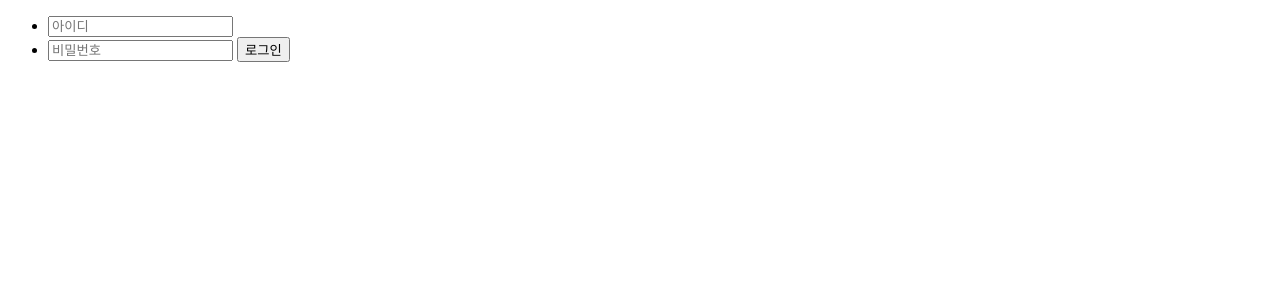
Repository: HEOGEUNJU/JSP
Page: http://localhost/WebStudy01/src/main/webapps/login/loginForm.jsp
An editor plug-in stored every save of this project. The page is shown before and after the next save, followed by the edit.
The browser window is 1280 px wide. The pictures show the whole page.
The page is served by Tomcat 9. Other server files are loaded and not shown.

Above is the page before, as saved 2022-12-22 06:55:49.

### WebStudy01/src/main/webapps/login/loginForm.jsp
<%@ page language="java" contentType="text/html; charset=UTF-8"
    pageEncoding="UTF-8"%>
<%@ taglib uri="http://java.sun.com/jsp/jstl/core" prefix="c"%>
<!DOCTYPE html>
<html>
<head>
<meta charset="UTF-8">
<title>Insert title here</title>
<c:if test="${not empty message }">
	<script type="text/javascript">
		alert("${message}")
	</script>
	<c:remove var="message" scope="session"/>
</c:if>
</head>
<body>
   <form method="post" action='<c:url value ='/login/loginProcess.do'/>'>
      <ul>
         <li>
   	        <input type="text" name="memId" placeholder="아이디" value = "${validId }"/>
   	        <c:remove var="validId" scope="session"/>
         </li>
         <li>
            <input type="text" name="memPass" placeholder="비밀번호"/>
            <input type="submit" value="로그인"/>
         </li>
      </ul>
   </form>
</body>

</html>

After the next save:
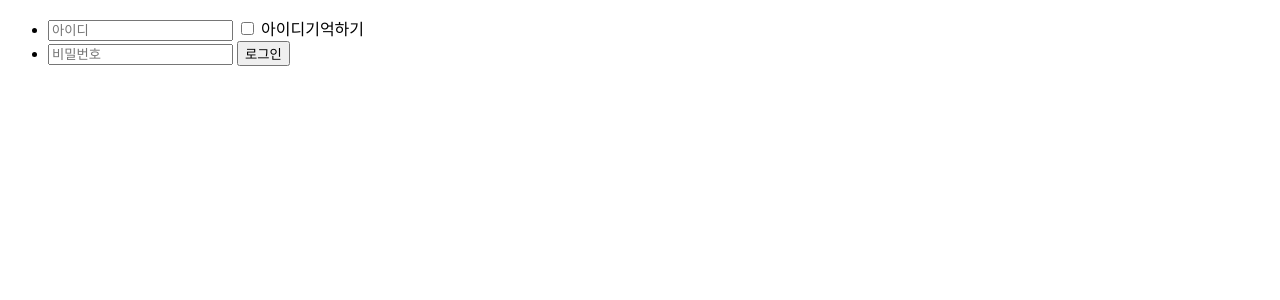
Saved 3 min 35 s later.
--- a/WebStudy01/src/main/webapps/login/loginForm.jsp
+++ b/WebStudy01/src/main/webapps/login/loginForm.jsp
@@ -18,6 +18,7 @@
       <ul>
          <li>
    	        <input type="text" name="memId" placeholder="아이디" value = "${validId }"/>
+   	        <input type="checkbox" name = "saveId"/> 아이디기억하기
    	        <c:remove var="validId" scope="session"/>
          </li>
          <li>
